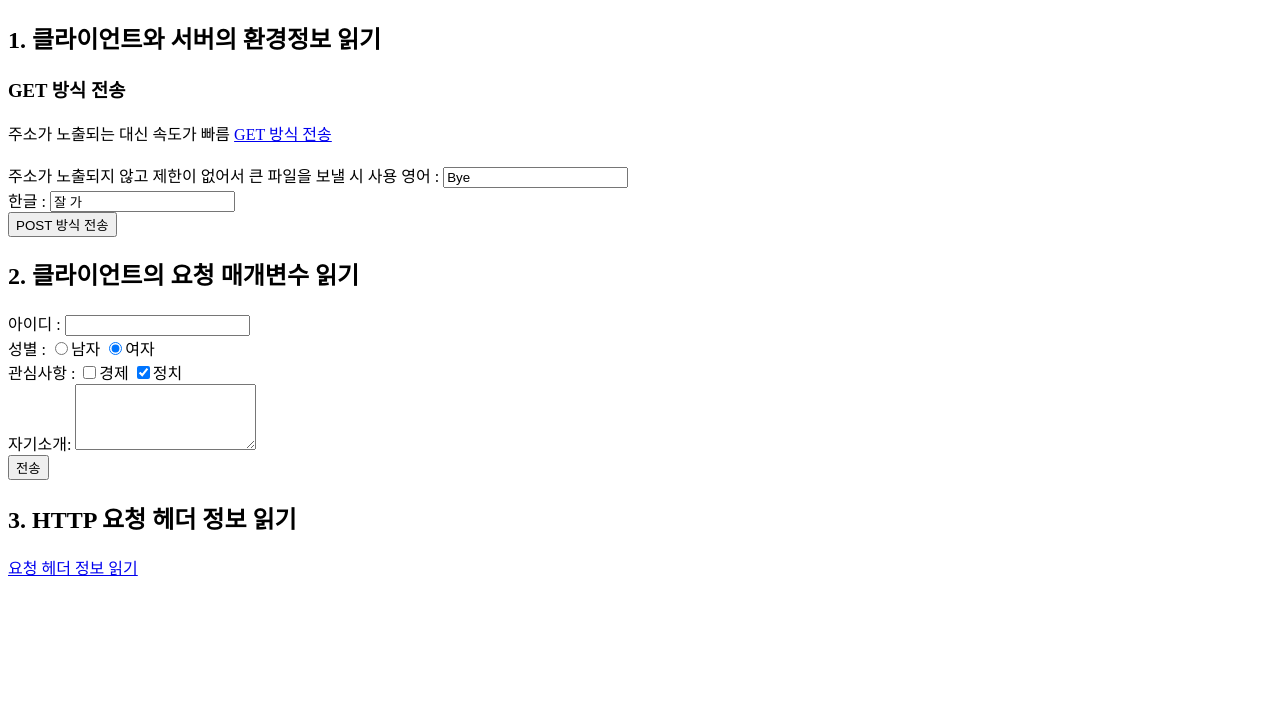
Repository: Jadedvst/JSP-Servlet
Page: http://localhost/MustHaveJSP/02ImplicitObject/RequestMain.jsp
These files come from the project's save history. The page is drawn as it stood at one moment and after the next save; the edit follows.
The browser window is 1280 px wide. The pictures show the whole page.
The page is served by Tomcat 9.

Above is the page before, as saved 2023-12-11 03:00:43.

### MustHaveJSP/src/main/webapp/02ImplicitObject/RequestMain.jsp
<%@ page language="java" contentType="text/html; charset=UTF-8"
    pageEncoding="UTF-8"%>
<!DOCTYPE html>
<html>
<head>
<meta charset="UTF-8">
<title>내장 객체 - request</title>
</head>
<body>
	<h2>1. 클라이언트와 서버의 환경정보 읽기</h2>
	<h3>GET 방식 전송</h3>
	주소가 노출되는 대신 속도가 빠름
	<a href="./RequestWebInfo.jsp?eng=Hello&han=안녕">
		GET 방식 전송
	</a>
	<br />
	<br />
	<!-- form: 서버에서 브라우저에 보내는 정보 -->
	<form action="./RequestWebInfo.jsp" method="post">
		주소가 노출되지 않고 제한이 없어서 큰 파일을 보낼 시 사용
		영어 : <input type="text" name="eng" value="Bye" /><br/>
		한글 : <input type="text" name="han" value="잘 가" /><br/>
		<input type="submit" value="POST 방식 전송" />
	</form>

	<h2>2. 클라이언트의 요청 매개변수 읽기</h2>
	<form action="RequestParameter.jsp" method="post">
		아이디 : <input type="text" name="id" value="" /><br/>
		성별 :
		<input type="radio" name="sex" value="man" />남자
		<input type="radio" name="sex" value="woman" checked="checked" />여자
		<br/>
		관심사항 :
		<input type="checkbox" name="favo" value="eco" />경제
		<input type="checkbox" name="favo" value="pol" checked="checked" />정치<br/>
		자기소개:
		<textarea name="intro" cols="20" rows="4"></textarea>
		<br/>
		<input type="submit" value="전송" />
	</form>

	<h2>3. HTTP 요청 헤더 정보 읽기</h2>
	<a href="RequestHeader.jsp">
		요청 헤더 정보 읽기
	</a>
</body>
</html>

After the next save:
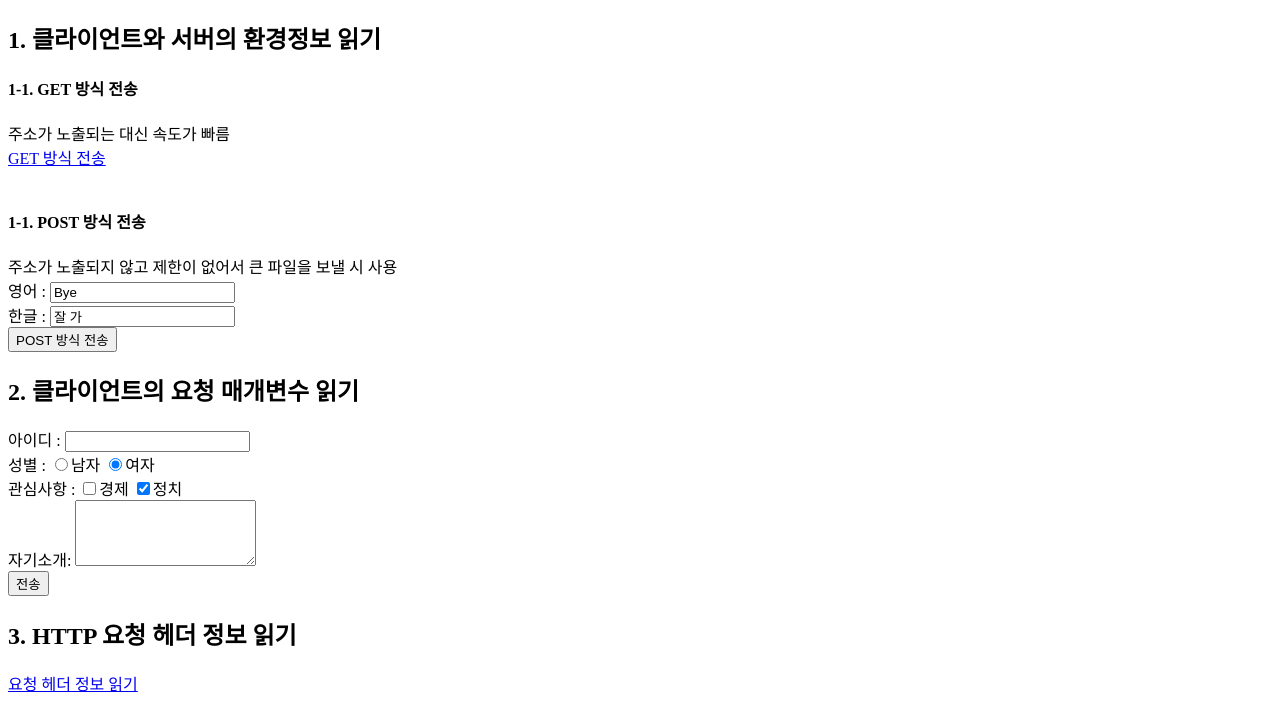
Saved 54 s later.
--- a/MustHaveJSP/src/main/webapp/02ImplicitObject/RequestMain.jsp
+++ b/MustHaveJSP/src/main/webapp/02ImplicitObject/RequestMain.jsp
@@ -8,16 +8,17 @@
 </head>
 <body>
 	<h2>1. 클라이언트와 서버의 환경정보 읽기</h2>
-	<h3>GET 방식 전송</h3>
-	주소가 노출되는 대신 속도가 빠름
+	<h4>1-1. GET 방식 전송</h4>
+	주소가 노출되는 대신 속도가 빠름<br/>
 	<a href="./RequestWebInfo.jsp?eng=Hello&han=안녕">
 		GET 방식 전송
 	</a>
 	<br />
 	<br />
 	<!-- form: 서버에서 브라우저에 보내는 정보 -->
+	<h4>1-1. POST 방식 전송</h4>
 	<form action="./RequestWebInfo.jsp" method="post">
-		주소가 노출되지 않고 제한이 없어서 큰 파일을 보낼 시 사용
+		주소가 노출되지 않고 제한이 없어서 큰 파일을 보낼 시 사용<br/>
 		영어 : <input type="text" name="eng" value="Bye" /><br/>
 		한글 : <input type="text" name="han" value="잘 가" /><br/>
 		<input type="submit" value="POST 방식 전송" />
